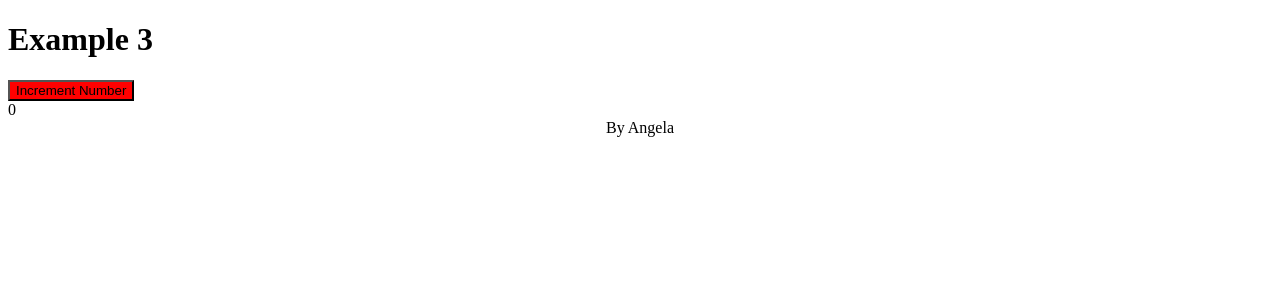
Repository: y-w-lee/class-3
Page: /ExampleThree
The author's editor kept a copy of each file at every save. The page is drawn from the files as they stood at one save, then again after a run of saves.
The browser window is 1280 px wide. The pictures show the whole page.
The project was rebuilt for these pictures with package versions that can differ from the ones it lists, and the page was loaded fresh each time. The framework's server and built-in components were replaced by stand-ins that run in the browser. Also part of the build but not shown: next.config.js.

Above is the page before, as saved 2024-01-18 12:24:15.

After the next 2 saves:
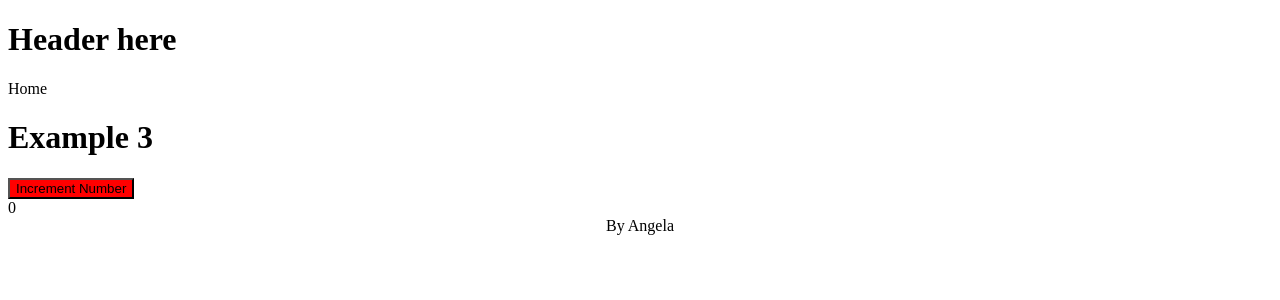
The 2 saves are shown as one change because they came seconds apart.
The last was saved 7 s later.
--- a/pages/ExampleThree.js
+++ b/pages/ExampleThree.js
@@ -14,6 +14,7 @@ export default function ExampleThree() {
 
     return (
         <>
+        <Header/>
 
          <h1>Example 3</h1>
         <button
